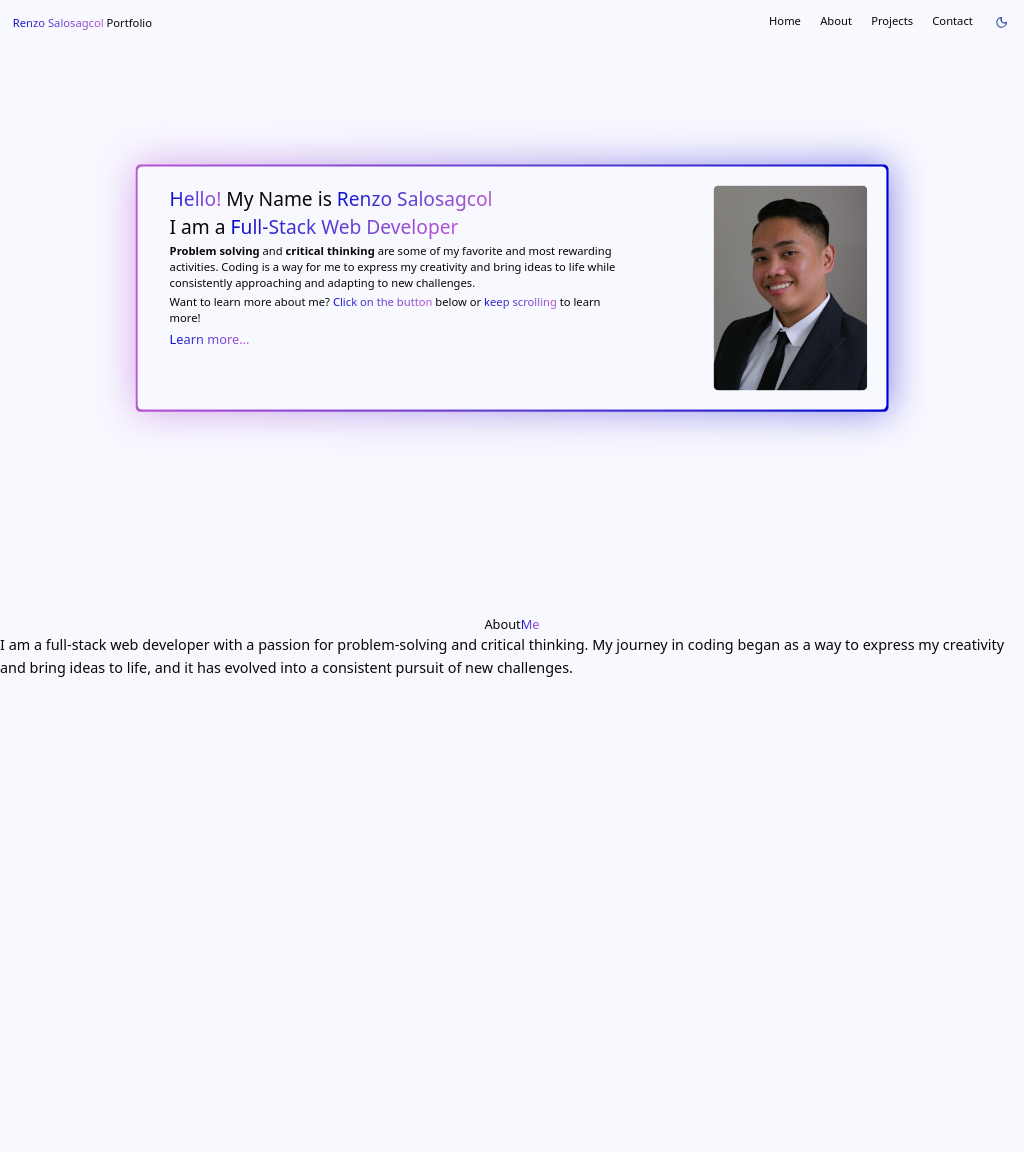
Repository: Renzo-Salosagcol/Updated_Personal_Portfolio
Page: /
These files come from the project's save history. The page is drawn as it stood at one moment and after the next save; the edit follows.
The browser window is 1280 px wide. The pictures show the whole page, at 80% of full size.
The project was rebuilt for these pictures with package versions that can differ from the ones it lists, and the page was loaded fresh each time. Also part of the build but not shown: vite.config.js, src/pages/NotFound.jsx.

Above is the page before, as saved 2025-10-10 12:08:38.

After the next save:
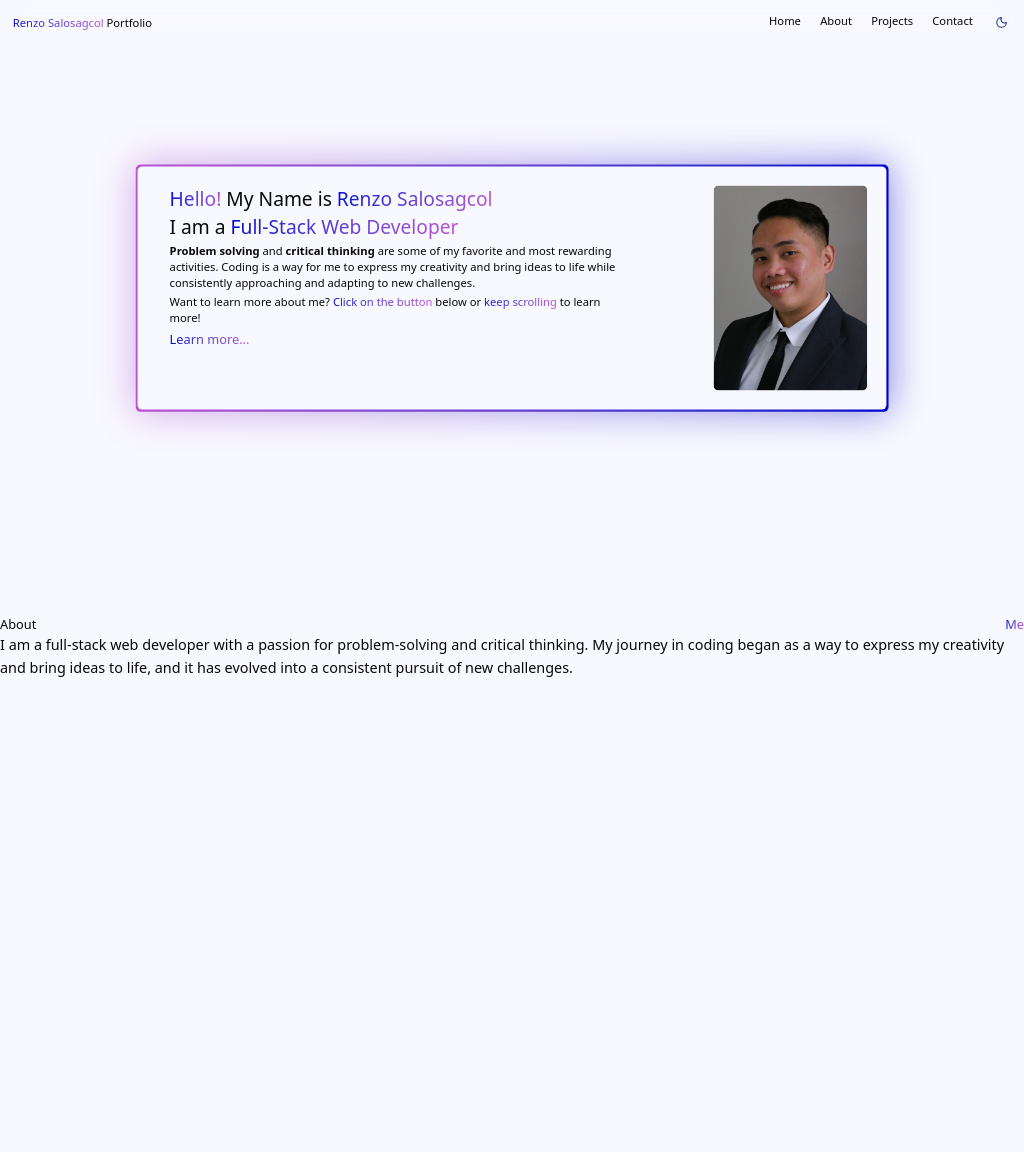
Saved 8 s later.
--- a/src/components/About.jsx
+++ b/src/components/About.jsx
@@ -3,7 +3,7 @@
 export const About = () => {
   return (
     <section id="about" className="relative min-h-screen py-12">
-      <h1 className="top-0 flex items-center justify-center">About <span className="gradient-text">Me</span></h1>
+      <h1 className="top-0 flex items-center justify-between">About <span className="gradient-text">Me</span></h1>
       <div>
         <p className="text-sm md:text-md lg:text-lg">
           I am a full-stack web developer with a passion for problem-solving and critical thinking. My journey in coding began as a way to express my creativity and bring ideas to life, and it has evolved into a consistent pursuit of new challenges.

After the 2 saves that followed:
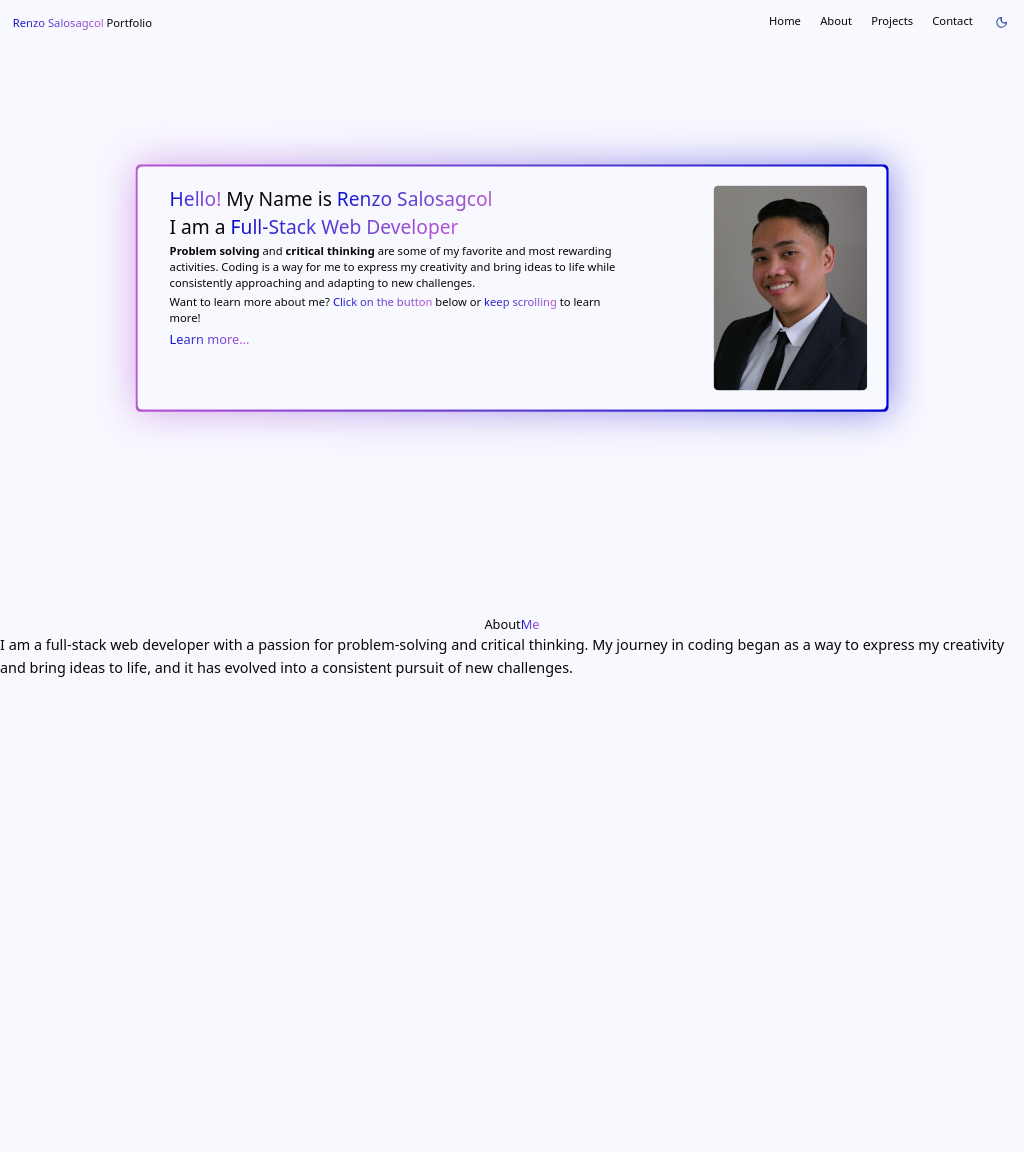
The 2 saves are shown as one change because they came seconds apart.
The last was saved 15 s later.
--- a/src/components/About.jsx
+++ b/src/components/About.jsx
@@ -3,7 +3,7 @@
 export const About = () => {
   return (
     <section id="about" className="relative min-h-screen py-12">
-      <h1 className="top-0 flex items-center justify-between">About <span className="gradient-text">Me</span></h1>
+      <h1 className="top-0 flex items-center justify-center">About <span className="gradient-text">Me</span></h1>
       <div>
         <p className="text-sm md:text-md lg:text-lg">
           I am a full-stack web developer with a passion for problem-solving and critical thinking. My journey in coding began as a way to express my creativity and bring ideas to life, and it has evolved into a consistent pursuit of new challenges.
